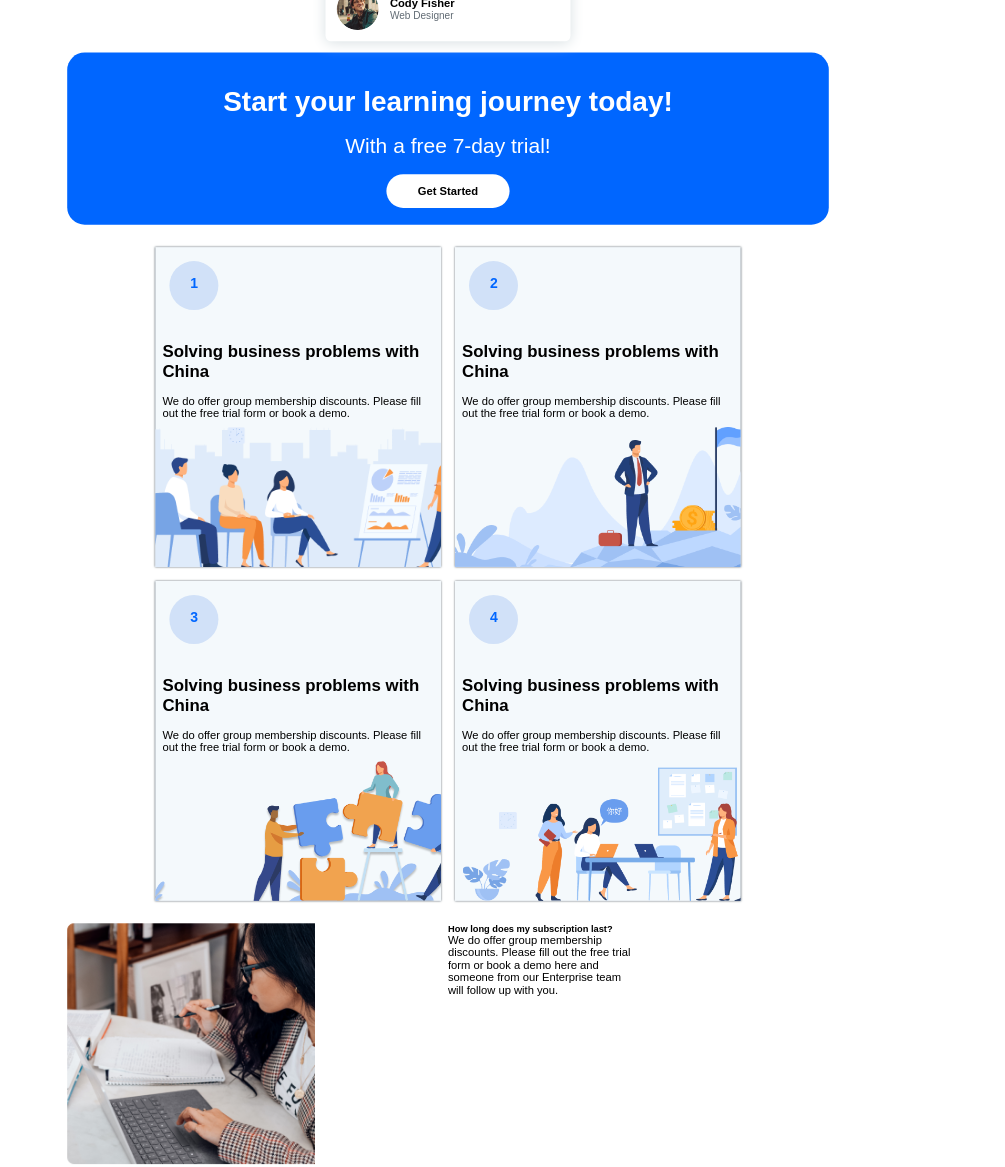
Repository: BinhIT/ChineseLearn
Page: index.html
The author's editor kept a copy of each file at every save. The page is drawn from the files as they stood at one save, then again after the next save.
The browser window is 1280 px wide. The page is 1436 px wide, so the pictures cover 1436 px, including what lies to the right of the window. The pictures show the part of the page from y = 2520 to 4240 px (the page is 4187 px tall before and 4240 px after), at 70% of full size.

Above is the page before, as saved 2023-03-02 08:13:38.
Console error: ReferenceError: $ is not defined

### index.html
<!DOCTYPE html>
<html lang="en">

<head>
    <meta charset="UTF-8">
    <meta http-equiv="X-UA-Compatible" content="IE=edge">
    <meta name="viewport" content="width=device-width, initial-scale=1.0">
    <link rel="icon" type="image/x-icon" href="./image/uil_english-to-chinese.svg">
    <meta name="viewport" content="width=device-width, initial-scale=1">
    <link rel="stylesheet" href="https://cdnjs.cloudflare.com/ajax/libs/font-awesome/4.7.0/css/font-awesome.min.css">
    <meta name="viewport" content="width=device-width, initial-scale=1">
    <link rel="stylesheet" href="https://cdnjs.cloudflare.com/ajax/libs/font-awesome/4.7.0/css/font-awesome.min.css">
    <link rel="stylesheet" href="./css/main.css">
    <link rel="stylesheet" href="./css/header.css">
    <link rel="stylesheet" href="./css/section.css">
    <link rel="stylesheet" href="./css/stories_card.css">
    <link rel="stylesheet" href="./css/4step.css">
    <link rel="stylesheet" href="./css/QA.css">
    <title>Learn Chinese </title>
</head>

<body>
    <nav id="menu_header">
        <a href="javascript:void(0);" class="icon_nav" onclick="myFunction()">
            <i class="fa fa-bars"></i>
        </a>
        <label class="logo_main"><img src="./image/logo.png" alt=""></label>
        <label class="logo_mobile"><img src="./image/logo_short.png" alt=""></label>
        <ul id="menu_link">
            <li><a href="#">About us</a></li>
            <li><a href="#">Fricing</a></li>
            <li><a href="#">Help</a></li>
        </ul>
        <ul id="menu_btn">
            <button class="btn default">Sign In</button>
            <button class="btn info">Get Started</button>
        </ul>

    </nav>
    <!-- Hero section -->
    <section class="hero-section">
        <div class="row flex-container ">
            <div class="hero-col1">
                <h1>We help you learn chinese and get hired quickly</h1>
                <h4>The free, fun, and effective way to learn a language!</h4>
                <button class="btn btn_hero">Get Started</button>
            </div>
            <div class="hero-col2">
                <img src="./image/img-hero.png" alt="">
            </div>
        </div>

    </section>
    <!--End hero section -->
    <!-- Start section -->
    <section class="start-section">
        <div class="row flex-container">
            <div class="start-img">
                <img src="./image/start.png" alt="">
            </div>
            <div class="start-content">
                <h1>Start your business</h1>
                <p>Want to start speaking Chinese from your first lesson? You will! Our lessons take you by the hand and
                    guide you through real Chinese conversations. Our teachers slow down and explain every word and
                    phrase.
                </p>
                <p>
                    Just imagine... you’ll finally understand every Chinese word you hear.Learning for travel or love?
                    Want
                    to focus on reading, writing, grammar or culture? You get lessons based on your goals and needs.
                </p>
            </div>

        </div>

    </section>
    <!--End Start section -->
    <!-- Innovative section -->
    <section class="row innovative-section">
        <div class=" innovative-container">
            <div class="innovative-content">
                <h1>Innovative teaching methods</h1>
                <h4>Transform your life by committing to learning for 30 minutes a day</h4>
            </div>
            <div class="innovative-img">
                <img src="./image/innovative.png" alt="">
            </div>

        </div>

    </section>
    <!--End Innovative section -->
    <!-- Section stories student -->
    <section class="stories-section">
        <h1>Success stories of our students</h1>
        <div class="wrapper">

            <div class="card">
                <div class="card-banner">
                    <img class="icon-img" src='./image/bi_chat-quote.svg' alt=''>
                </div>
                <div class="card-body">
                    <p class="blog-description">"The courses are hands-on and allow you to practice as you learn so the
                        concepts stick better. Their Career Paths and interview prep content also offer general insights
                        and helpful tips on job searching in tech."
                    </p>
                    <div class="card-profile">
                        <img class="profile-img" src='./image/Ellipse 1.png' alt=''>
                        <div class="card-profile-info">
                            <h3 class="profile-name">Savannah Nguyen</h3>
                            <p class="profile-followers">Medical Assistant</p>
                        </div>
                    </div>
                </div>
            </div>

            <div class="card">
                <div class="card-banner">
                    <img class="icon-img" src='./image/bi_chat-quote.svg' alt=''>
                </div>
                <div class="card-body">
                    <p class="blog-description">"Great courses and very helpful tips for career build-up! I love the
                        learning methods, very complete with projects and quizzes that help you review your knowledge."
                    </p>

                    <div class="card-profile">
                        <img class="profile-img" src='./image/Ellipse 2.png' alt=''>
                        <div class="card-profile-info">
                            <h3 class="profile-name">Savannah Nguyen</h3>
                            <p class="profile-followers">Dog Trainer</p>
                        </div>
                    </div>
                </div>
            </div>

            <div class="card">
                <div class="card-banner">
                    <img class="icon-img" src='./image/bi_chat-quote.svg' alt=''>
                </div>
                <div class="card-body">
                    <p class="blog-description">"It is so helpful to have a thoroughly designed curriculum put together
                        for a step by step learning journey. The little coding tasks and bigger projects are well
                        designed to reinforce the concepts."
                    </p>

                    <div class="card-profile">
                        <img class="profile-img" src='./image/Ellipse 3.png' alt=''>
                        <div class="card-profile-info">
                            <h3 class="profile-name">Cody Fisher</h3>
                            <p class="profile-followers">Web Designer</p>
                        </div>
                    </div>
                </div>
            </div>

        </div>
    </section>
    <!--End  Section stories student -->
    <!-- Section call to action -->
    <section class="call-action-section">
        <div class="wrapper call-action-wrapper">
            <h1>Start your learning journey today!</h1>
            <h3>With a free 7-day trial!</h3>
            <div>
                <button class="btn btn_defaut">Get Started</button>
            </div>

        </div>
    </section>
    <!--End  Section call to action -->
    <!-- Section steps-->
    <section class="steps-section">
        <div class="wrapper steps-wrapper">
            <div class="card-steps">
                <div class="card-steps-action">
                    <div class="step-number">
                        <h4>1</h4>
                    </div>
                </div>
                <div class="card-steps-content">
                    <h2>Solving business problems with China</h2>
                    <p>We do offer group membership discounts. Please fill out the free trial form or book a demo.</p>
                </div>
                <div class="card-steps-image" style="background-image: url('./image/step1-bg.png')">
                </div>
            </div>
            <div class="card-steps">
                <div class="card-steps-action">
                    <div class="step-number">
                        <h4>2</h4>
                    </div>
                </div>
                <div class="card-steps-content">
                    <h2>Solving business problems with China</h2>
                    <p>We do offer group membership discounts. Please fill out the free trial form or book a demo.</p>
                </div>
                <div class="card-steps-image" style="background-image: url('./image/step2-bg.png')">
                </div>
            </div>
            <div class="card-steps">
                <div class="card-steps-action">
                    <div class="step-number">
                        <h4>3</h4>
                    </div>
                </div>
                <div class="card-steps-content">
                    <h2>Solving business problems with China</h2>
                    <p>We do offer group membership discounts. Please fill out the free trial form or book a demo.</p>
                </div>
                <div class="card-steps-image" style="background-image: url('./image/step3-bg.png')">
                </div>
            </div>
            <div class="card-steps">
                <div class="card-steps-action">
                    <div class="step-number">
                        <h4>4</h4>
                    </div>
                </div>
                <div class="card-steps-content">
                    <h2>Solving business problems with China</h2>
                    <p>We do offer group membership discounts. Please fill out the free trial form or book a demo.</p>
                </div>
                <div class="card-steps-image" style="background-image: url('./image/step4-bg.png')">
                </div>
            </div>


        </div>

    </section>
    <!--End  Section steps -->
    <!-- Section QA-->
    <section class="qa-section">
        <div class="wrapper qa-container">
            <div class="qa-img">
                <img src="./image/QA.png" alt="">
            </div>
            <div class="qa-content">
                <div class="div-question">
                    <h5>How long does my subscription last?</h5>
                    <p>We do offer group membership discounts. Please fill out the free trial form or book a demo here
                        and someone from our Enterprise team will follow up with you.</p>
                </div>
            </div>
        </div>
    </section>
</body>
<script src="./js/header.js"></script>

</html>

### css/main.css
:root {
    --clr-gray-light: #d7dfe2;
    --clr-gray-med: #616b74;
    --clr-gray-dark: #414b56;
    --clr-primary: #0066FF;
    ;
}

@import url('https://fonts.googleapis.com/css2?family=Poppins:wght@500;600&display=swap');



* {
    padding: 0;
    margin: 0;
    text-decoration: none;
    list-style: none;
    font-family: 'Poppins', sans-serif;

}

body {
    width: 85%;
    padding: auto;
    margin: auto;
}

.wrapper {
    padding-top: 2%;
    display: flex;
    flex-wrap: wrap;
    justify-content: center;
}

.btn {
    border-radius: 25px;
    font-size: 16px;
    cursor: pointer;
    border: none;

}

.btn_defaut {
    background-color: #fff;
    padding: 15px 45px;
    font-weight: 700;
    color: #000;

}

.call-action-wrapper {
    color: #ffff;
    text-align: center;
    line-height: 4em;
    background-color: var(--clr-primary);
    flex-direction: column;
    height: 14em;
    border-radius: 25px;

}

.call-action-wrapper h1 {
    font-size: 40px;
}

.call-action-wrapper h3 {
    font-size: 30px;
    font-weight: 400;
}

### css/header.css
#menu_header {
    display: flex;
    flex-wrap: nowrap;
    justify-content: space-between;
    align-items: center;
}

nav {
    height: 65px;
    margin: 0 auto;
    background: #ffffff;
    border-bottom: 2px solid #B3B3B3;
}

label.logo {
    font-size: 35px;
    font-weight: bold;
    color: #fff;
    padding: 0 100px;
    line-height: 80px;
}

nav ul {
    float: right;
    margin-right: 40px;
}

nav li {
    display: inline-block;
    margin: 0 8px;
    line-height: 80px;
}

nav a {
    color: #000000;
    font-size: 18px;
    font-weight: 700;
    border: 1px solid transparent;
    padding: 7px 10px;
    border-radius: 3px;
}

a.active,
a:hover {
    border: 1px solid #000000;
    transition: .5s;
}


/* Blue */
.info {
    background-color: #0066FF;
    border-color: #2196F3;
    color: rgb(255, 255, 255);
    padding: 8px 28px;
}

.info:hover {
    background: #0066FF;
    color: white;
}

/* Gray */
.default {
    border-color: #e7e7e7;
    color: black;
    padding: 8px 28px;
}

.default:hover {
    background: #e7e7e7;
}

/* logo */
.logo_mobile {
    display: none;
}

#menu_header .icon_nav {
    display: none;

}



@media only screen and (max-width:854px) {
    .logo_mobile {
        display: block;
    }

    .logo_main {
        display: none;
    }

    nav {
        width: 95%;
    }

    #menu_header .icon_nav {
        display: block;
        width: 30%;
    }

    #menu_btn {
        display: contents;
        float: right;
    }

    #menu_btn .default {
        display: none;
    }

    #menu_header #menu_link {
        display: none;
    }

    .btn_header {
        font-size: 5px;
        padding: 8px 25px;
    }


}

@media only screen and (max-width: 1024px) {
    nav #icon {
        display: block;
    }

    .logo_mobile {
        display: block;
        width: 15%;
    }

    .logo_main {
        display: none;
    }

    nav a {
        font-size: 18px;
    }

    a.active,
    a:hover {
        border: none;
        color: #3498db;
    }

    nav ul.show {
        left: 0;
    }

    .btn_header {

        font-size: 8px;
    }
}

### css/section.css
/* section hero */
.row {

    margin: auto;
    padding: auto;
}

.hero-section {
    padding-top: 5%;
}

.hero-col1 {
    padding-top: 4%;
    line-height: 5em;
}

.hero-col1 h1 {
    font-size: 45px;

}

.flex-container {
    display: flex;
}

.btn_hero {
    background-color: var(--clr-primary);
    border-color: #2196F3;
    color: rgb(255, 255, 255);
    padding: 10px 35px;
}

/* Start section */
.start-section {
    margin-top: 5%;
}

.start-content {
    padding: 5% 5%;
    margin: auto;
}

.start-content h1 {
    font-size: 40px;
}

.start-content p {
    font-size: 20px;
    padding-top: 5%;
}

/* innovative-section */
.innovative-section {
    margin-top: 5%;
    background-color: var(--clr-primary);
    text-align: center;
    border-radius: 25px;
}

.innovative-container {
    display: flex;
    flex-direction: column;
    justify-content: space-around;
}

.innovative-content {
    line-height: 4em;
    display: block;
    margin-left: auto;
    margin-right: auto;
    padding: 2%;
    color: #ffffff;
}

.innovative-content h1 {
    font-size: 40px;
}

.innovative-content h4 {
    font-weight: 300;
    font-size: 30px;
}

.innovative-img img {
    padding-top: 2%;
}

/* reponsive section */
@media screen and (max-width: 1265px) {
    .flex-container {
        flex-wrap: wrap;
    }

    .innovative-img img {
        max-width: 90%;
    }


}

/* tablet */
@media screen and (max-width: 1024px) {
    .hero-col1 h1 {
        font-size: 50px;

    }

    .hero-col1 h4 {
        font-size: 30px;

    }

    .innovative-img img {
        max-width: 90%;
    }
}

/* Mobile */
@media only screen and (min-width: 595px) and (max-width:765px) {
    .hero-col1 {
        line-height: 4em;
    }

    .hero-col1 h1 {
        font-size: 50px;

    }

    .hero-col1 h4 {
        font-size: 30px;

    }


    .start-img img {
        width: 85%;
    }

    .start-content h1 {
        font-size: 25px;
    }

    .start-content p {
        font-size: 15px;
    }

    .hero-col2 img {
        width: 85%;
        padding: 5% 5%;
    }

}

@media only screen and (min-width: 360px) and (max-width:594px) {
    .hero-col1 {
        line-height: 3em;
    }

    .hero-col2 img {
        padding: 5% 5%;
    }

    .hero-col1 h1 {
        font-size: 35px;
    }

    .hero-col1 h4 {
        font-size: 19px;

    }

    .start-img img {
        width: 85%;
    }

    .start-content h1 {
        font-size: 25px;
    }

    .start-content p {
        font-size: 15px;
    }

    .hero-col2 img {
        width: 85%;
        padding: 5% 5%;
    }
}

### css/stories_card.css
.card {
    overflow: hidden;
    box-shadow: 0px 2px 20px var(--clr-gray-light);
    background: white;
    border-radius: 0.5rem;
    position: relative;
    width: 350px;
    margin: 1rem;
    transition: 250ms all ease-in-out;
    cursor: pointer;
}

.card:hover {
    transform: scale(1.05);
    box-shadow: 0px 2px 40px var(--clr-gray-light);
}

.icon-img {
    padding-top: 2%;
    height: 2rem;
    width: 14%;
}


.card-body {
    margin: 2rem 1rem 1rem 1rem;
}

.blog-hashtag {
    font-size: 0.9rem;
    font-weight: 500;
    color: var(--clr-link);
}

.blog-title {
    line-height: 1.5rem;
    margin: 1rem 0 0.5rem;
}

.blog-description {
    color: var(--clr-gray-med);
    font-size: 0.9rem;
    text-align: left;
}

.card-profile {
    display: flex;
    margin-top: 2rem;
    align-items: center;
}

.profile-img {
    width: 60px;
    height: 60px;
    object-fit: cover;
    border-radius: 50%;
}

.card-profile-info {
    margin-left: 1rem;
}

.profile-name {
    font-size: 1rem;
}

.profile-followers {
    color: var(--clr-gray-med);
    font-size: 0.9rem;
}

.stories-section h1 {
    padding-top: 2%;
    text-align: center;
}

### css/4step.css
.card-steps {
    width: calc(39.33333% - 20px);
    display: flex;
    flex-wrap: wrap;
    flex-direction: column;
    margin: 10px;
    background-color: rgb(244, 249, 252);
    box-shadow: 0 0 3px var(--clr-gray-med);
}

.card-steps-image {
    flex: 0 0 auto;
    min-height: 100px;
    height: 200px;
    background-size: cover;
    background-position: center;
}

.card-steps-content {
    padding-top: 15%;
    flex: 1 0 auto;
    width: 100%;

}

.card-steps-content * {
    padding: 10px
}

.card-steps-action {
    flex: 0 0 auto;
    align-self: flex-end;
    width: 100%;
    height: 4em;
}

.card-steps-action * {
    padding: 10px;
}

.step-number {
    background-color: #D1E1F8;
    text-align: center;
    color: var(--clr-primary);
    border-radius: 100%;
    font-size: 20px;
    margin: 5% 5%;
    width: 50px;
    height: 50px;
}

@media (max-width: 768px) {
    .container {
        margin: 0;
    }

    .card-steps {
        width: 100%;
        flex-direction: row;
    }

    .card-steps-image {
        height: auto;
        flex: 1 0;
    }

    .card-steps-content {
        flex: 2 0;
    }

    .card-steps-action {
        flex: 1 0 100%;
    }
}

### css/QA.css
.qa-container div {
    width: 50%;
}

.qa-img img {
    width: 65%;
}

### js/header.js
var $animation_elements = $('.animation-element');
var $window = $(window);

function check_if_in_view() {
    var window_height = $window.height();
    var window_top_position = $window.scrollTop();
    var window_bottom_position = (window_top_position + window_height);

    $.each($animation_elements, function () {
        var $element = $(this);
        var element_height = $element.outerHeight();
        var element_top_position = $element.offset().top;
        var element_bottom_position = (element_top_position + element_height);

        //check to see if this current container is within viewport
        if ((element_bottom_position >= window_top_position) &&
            (element_top_position <= window_bottom_position)) {
            $element.addClass('in-view');
        } else {
            $element.removeClass('in-view');
        }
    });
}

$window.on('scroll resize', check_if_in_view);
$window.trigger('scroll');

After the next save:
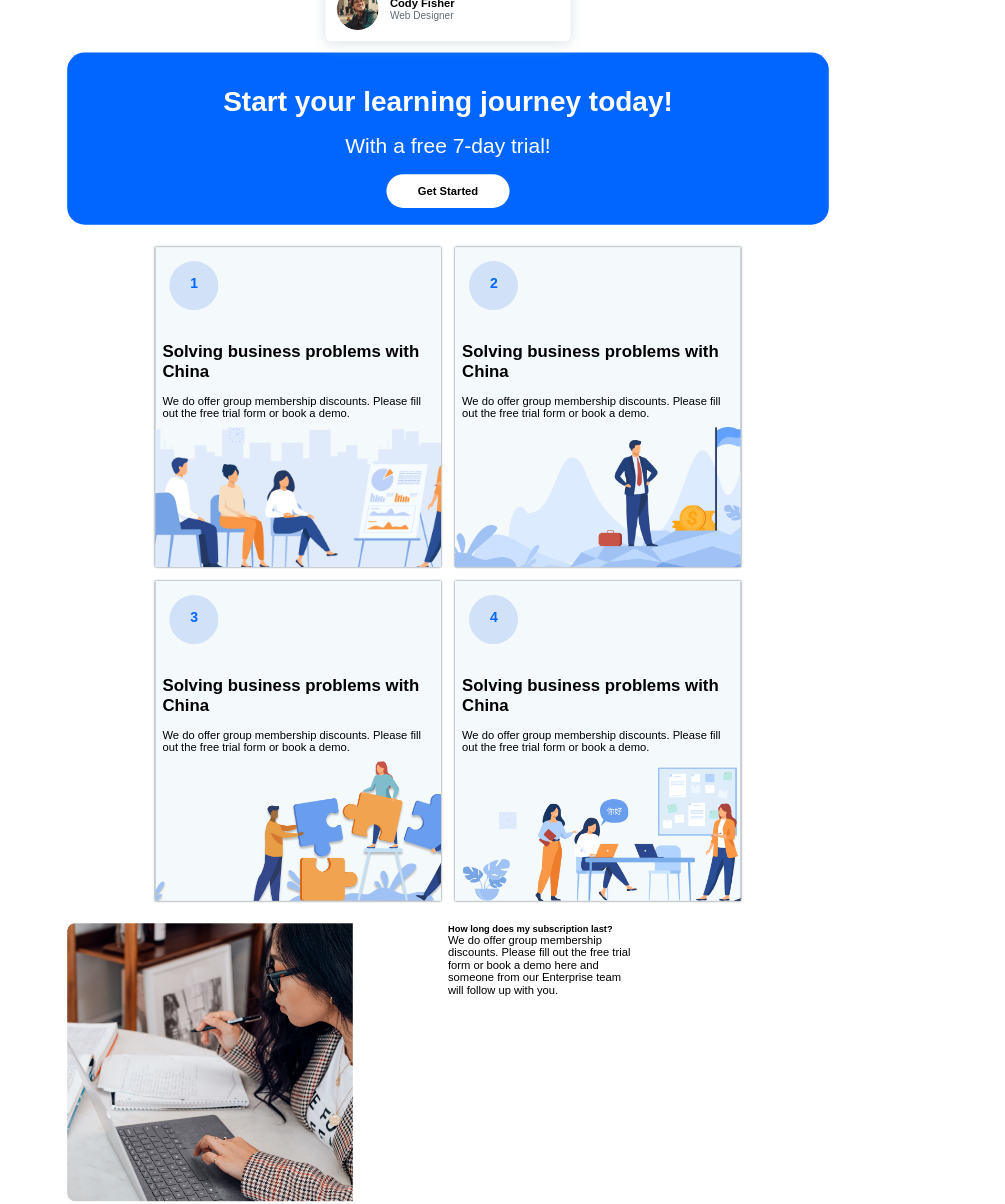
Saved 22 s later.
--- a/css/QA.css
+++ b/css/QA.css
@@ -3,5 +3,5 @@
 }
 
 .qa-img img {
-    width: 65%;
+    width: 75%;
 }
